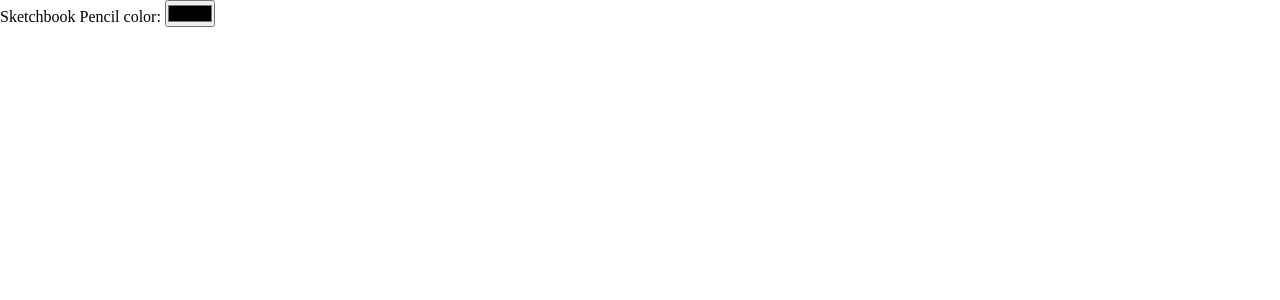
Repository: Ryszard-Penkala/Canvas-p5
Page: index.html
The author's editor kept a copy of each file at every save. The page is drawn from the files as they stood at one save, then again after the next save.
The browser window is 1280 px wide. The pictures show the whole page.
Some web libraries are served in a nearby version.

Above is the page before, as saved 2020-07-10 07:00:30.

After the next save:
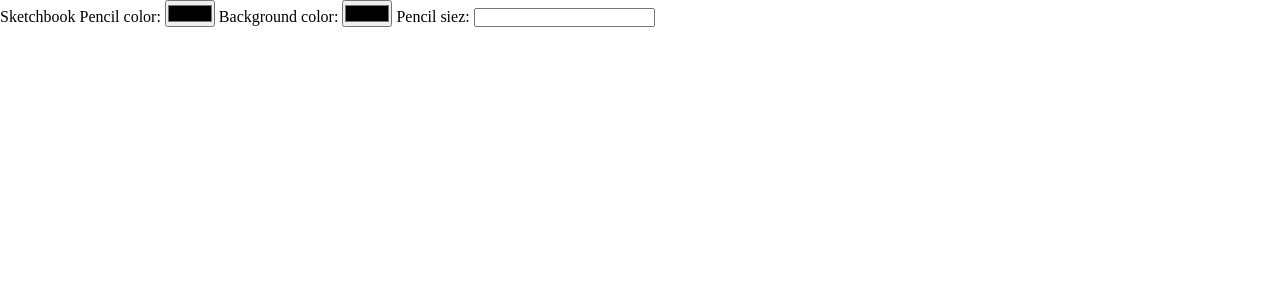
Saved 101 s later.
--- a/index.html
+++ b/index.html
@@ -12,7 +12,9 @@
         <header class="sketchbook__header">
             <div class="sketchbook__pickers">
                 <span class="sketchbook__logo">Sketchbook</span>
-                <span class="sketchbook_pencil-color">Pencil color: <input type="color" id="color-picker"></span>
+                <span class="sketchbook_pencil-color">Pencil color: <input type="color" id="pencil-color-picker"></span>
+                <span class="sketchbook_background-color">Background color: <input type="color" id="bg-color-picker"></span>
+                <span class="sketchbook_pencil-size">Pencil siez: <input type="number" id="size-picker"></span>
             </div>
             <div class="sketchbook_buttons">
 
